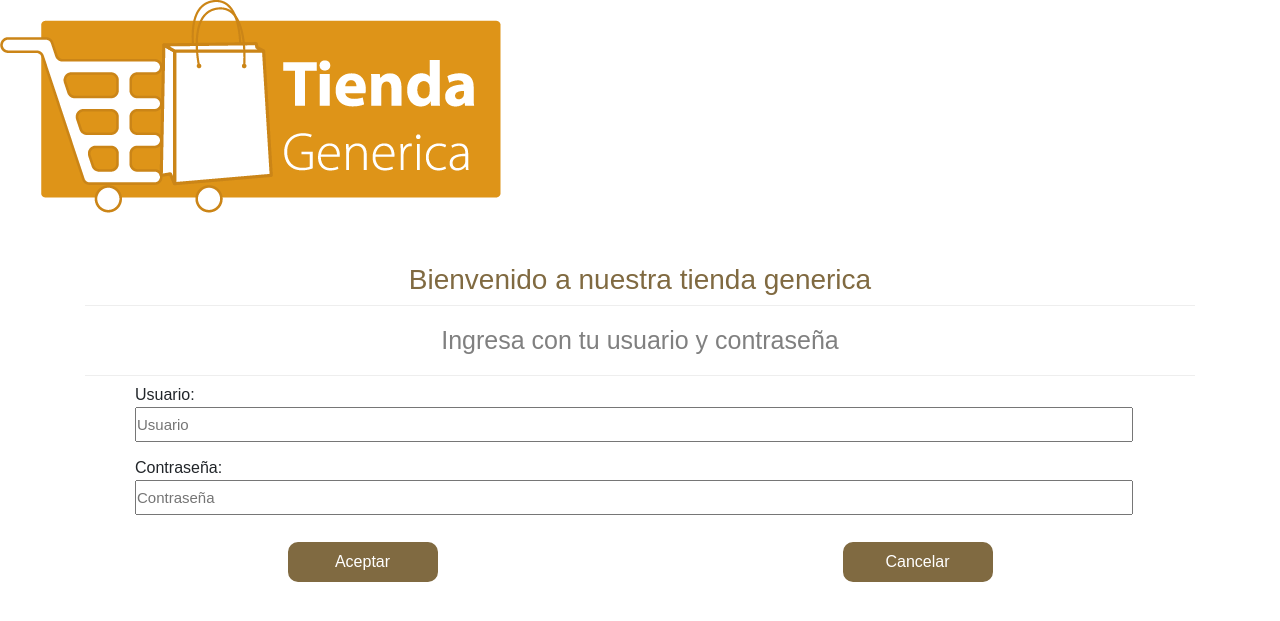
Repository: andresrojas686/tiendaGenericaMintic
Page: primerJSP/src/main/webapp/index.html
An editor plug-in stored every save of this project. The page is shown before and after the next save, followed by the edit.
The browser window is 1280 px wide. The pictures show the whole page.

Above is the page before, as saved 2021-09-27 01:58:30.
Console error: TypeError: Cannot set properties of null (setting 'innerHTML')

After the next save:
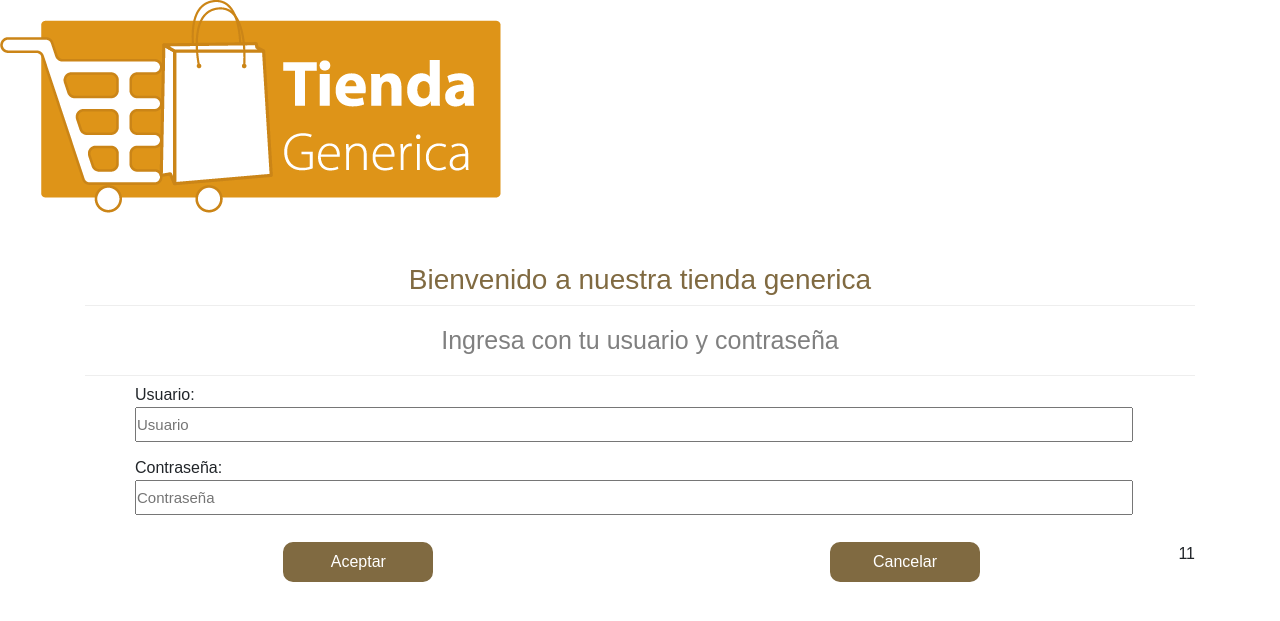
The error is gone.
Saved 17 s later.
--- a/primerJSP/src/main/webapp/index.html
+++ b/primerJSP/src/main/webapp/index.html
@@ -30,6 +30,7 @@
 							<div class="contenedor-botones">
 								<input type="submit" value="Aceptar" class="botones-usuario">
 								<input type="reset" value="Cancelar" class="botones-usuario">
+								<p id="demo"></p>
 							</div>
 						</form>
 					</div>
